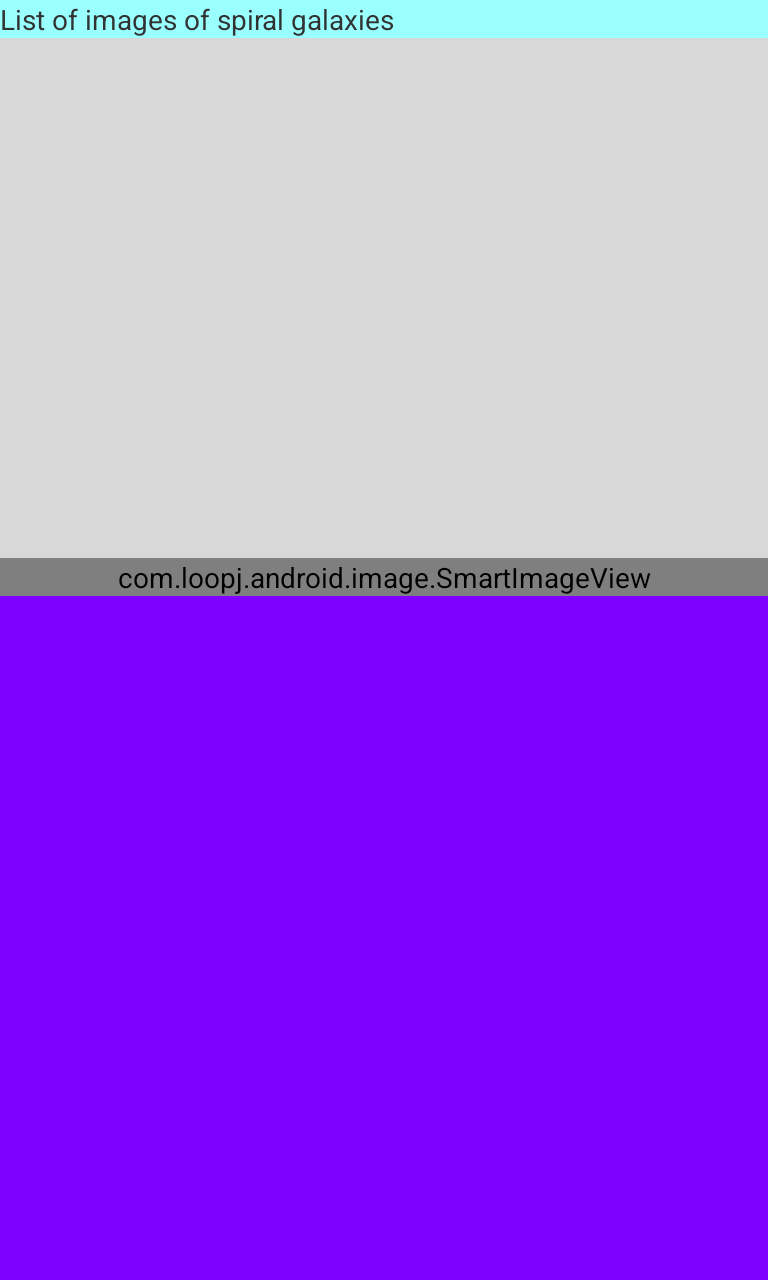
Repository: arianaantonio/Java2_Antonio
Layout: SpaceImageViewer/res/layout/activity_main.xml
An editor plug-in stored every save of this project. The layout is shown before and after the next save, followed by the edit.
Pictures or frames that could not be fetched are drawn as grey boxes. It is drawn on a 768 x 1280 px phone screen (xhdpi) without system bars, with theme AppTheme; the app's code is not run. Lists and similar views that code fills are empty.

Above is the layout before, as saved 2014-07-10 08:46:23.

After the next save:
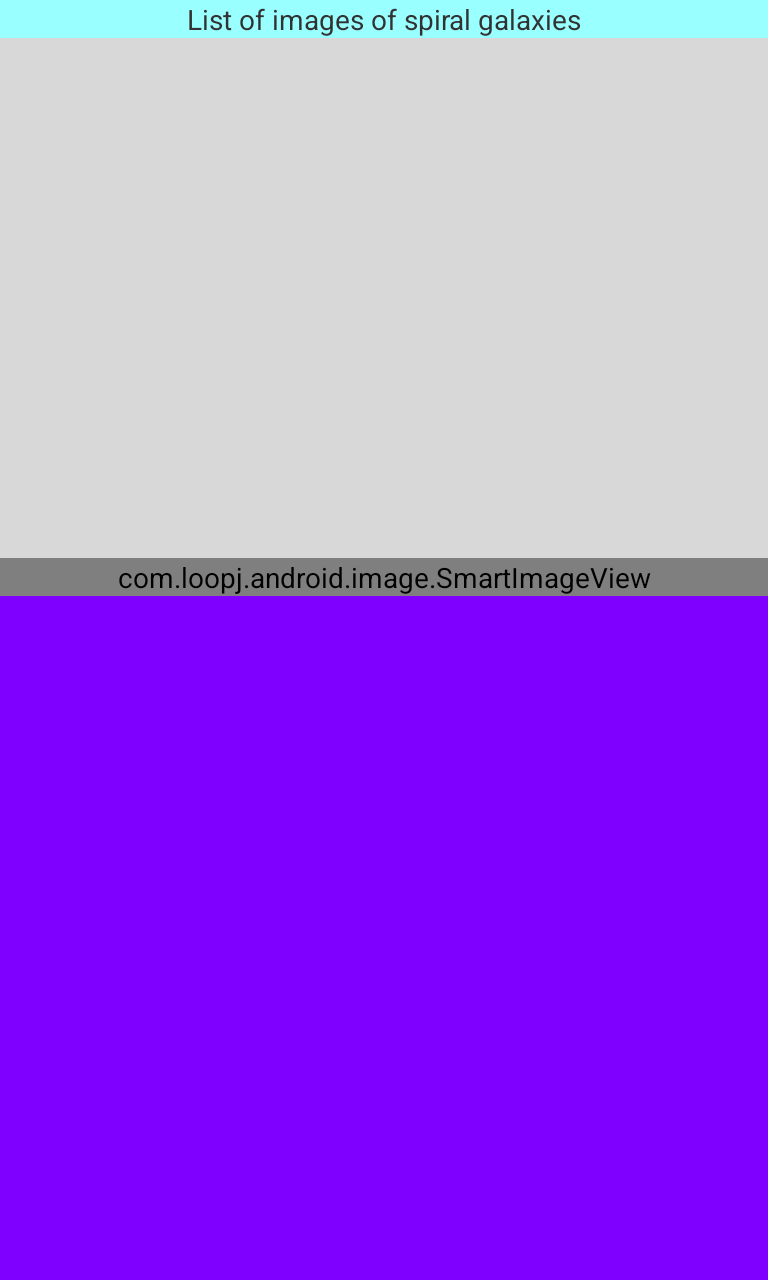
Saved 67 s later.
--- a/SpaceImageViewer/res/layout/activity_main.xml
+++ b/SpaceImageViewer/res/layout/activity_main.xml
@@ -8,8 +8,10 @@
         android:id="@+id/textView1"
         android:layout_width="match_parent"
         android:layout_height="wrap_content"
-        android:text="@string/textview_text"
-        android:background="@color/Aqua" />
+        android:layout_gravity="center"
+        android:background="@color/Aqua"
+        android:gravity="center"
+        android:text="@string/textview_text" />
 
     <ListView
         android:id="@+id/listView1"
